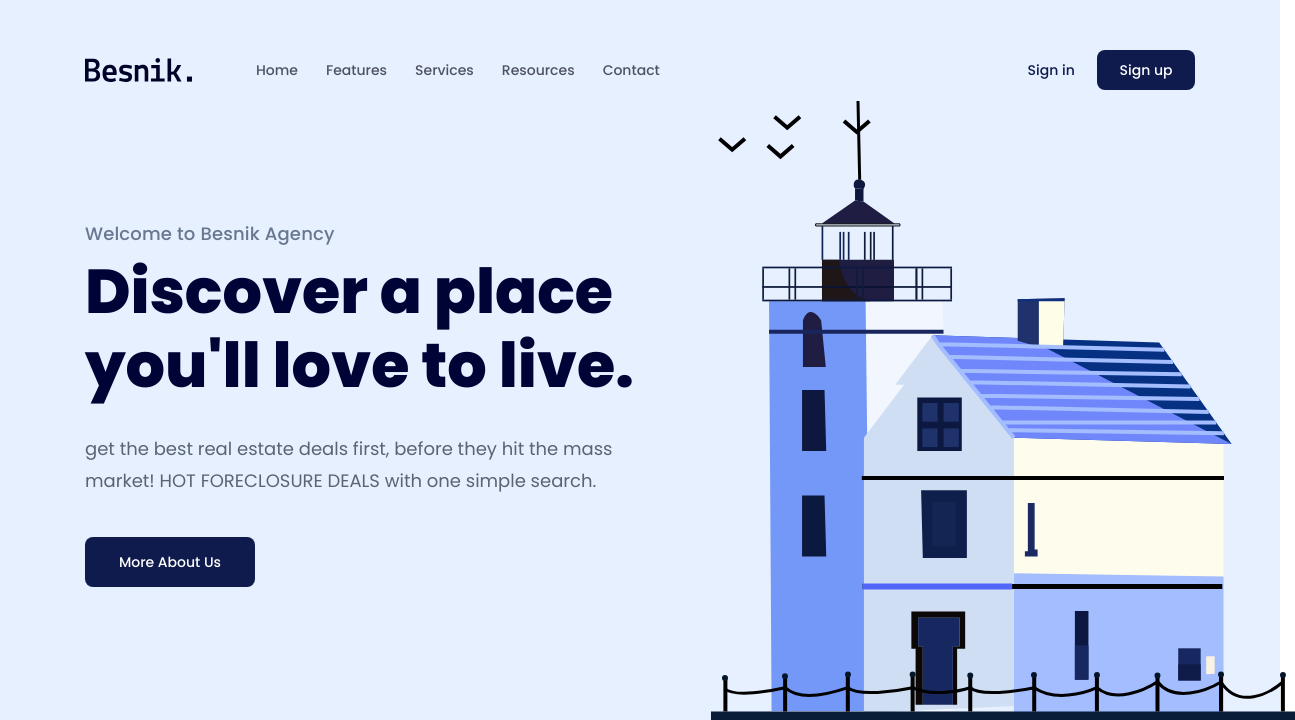
Repository: trungnguyen131/froject-01
Page: index.html
The author's editor kept a copy of each file at every save. The page is drawn from the files as they stood at one save, then again after a run of saves.
The browser window is 1280 px wide. The page is 1295 px wide, so the pictures cover 1295 px, including what lies to the right of the window. The pictures show the whole page.

Above is the page before, as saved 2024-02-26 00:24:52.

After the next 2 saves:
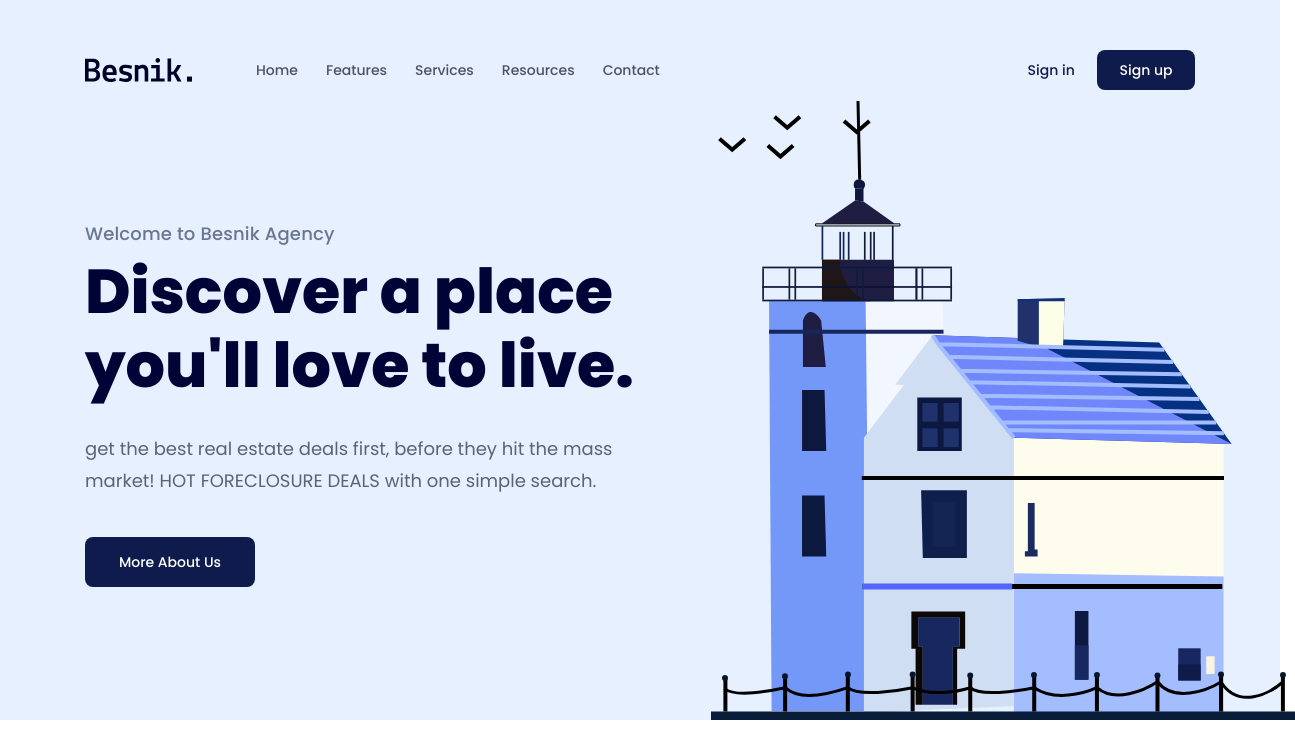
The 2 saves are shown as one change because they came seconds apart.
The last was saved 10 s later.
--- a/index.html
+++ b/index.html
@@ -47,7 +47,9 @@
         <!-- Clients -->
         <div class="clients">
             <div class="content">
-
+                <div class="row">
+                    <img src="" alt="">
+                </div>
             </div>
         </div>
     </main>
